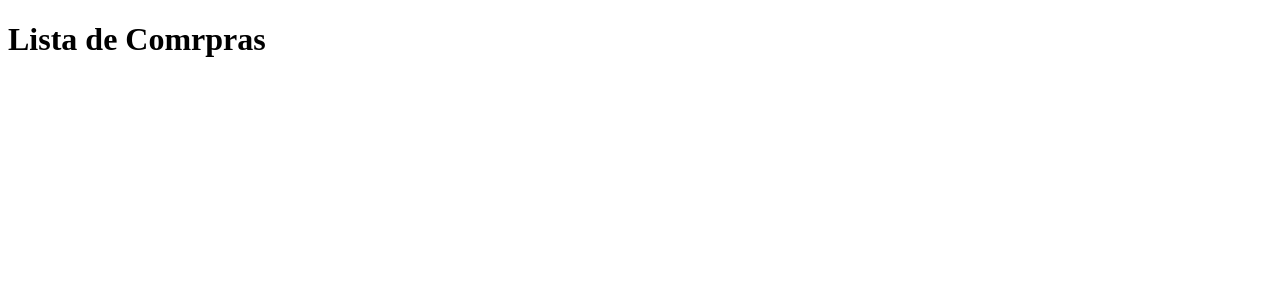
Repository: yoda4ever/playground
Page: http://localhost/CarrinhoDeCompras/Listar
An editor plug-in stored every save of this project. The page is shown before and after the next save, followed by the edit.
The browser window is 1280 px wide. The pictures show the whole page.
The page is served by Tomcat 9.

Above is the page before, as saved 2017-05-04 03:36:06.

After the next save:
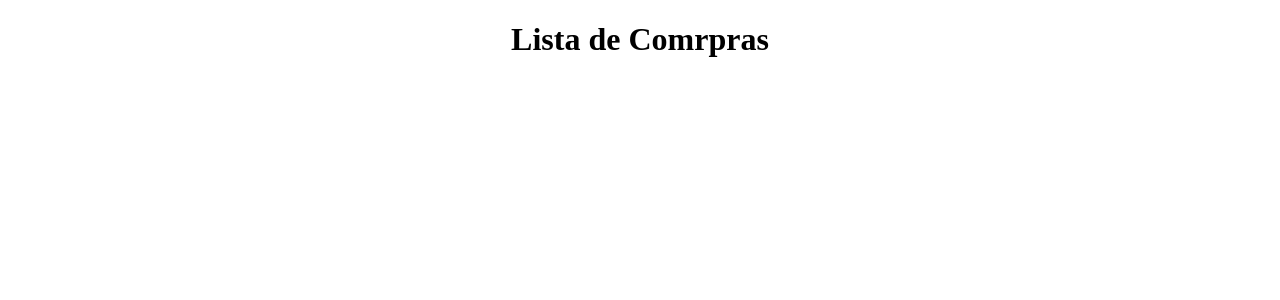
Saved 84 s later.
--- a/CarrinhoDeCompras/WebContent/produto.jsp
+++ b/CarrinhoDeCompras/WebContent/produto.jsp
@@ -15,7 +15,7 @@
 		 Collection<Produto> produtos = (Collection<Produto>)request.getAttribute("produtos");
 	%>
 
-	<h1 style="align:center;font-weight:bold">Lista de Comrpras</h1>
+	<center><h1><strong>Lista de Comrpras</strong></h1></center>
 
 
 
